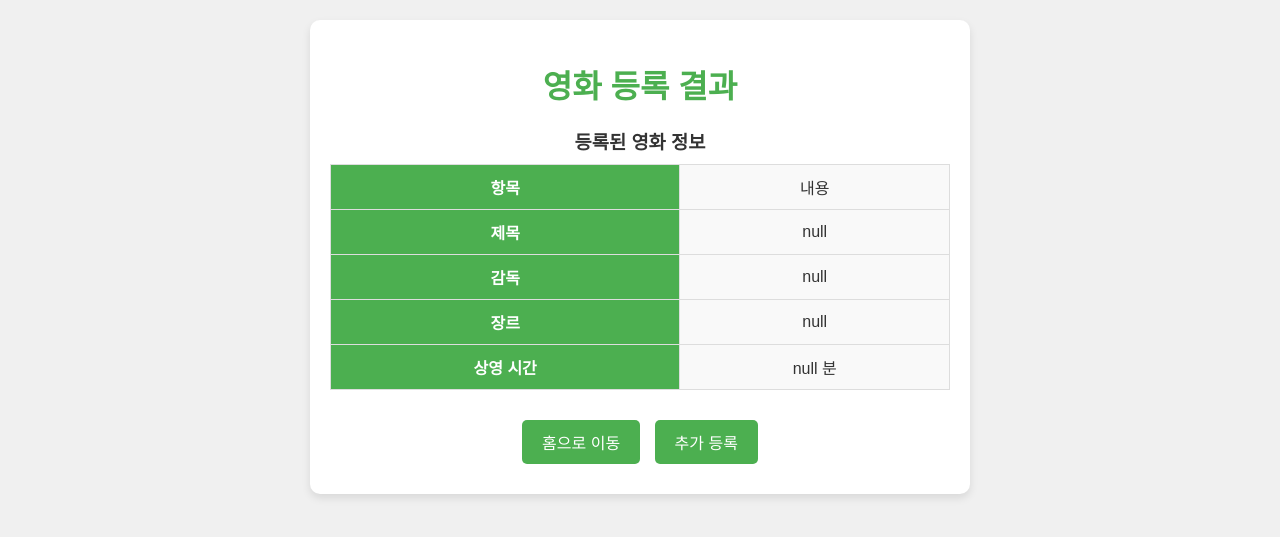
Repository: s00ngle/SSAFY-BE
Page: http://localhost/back_db_ws_01_2/regist_result.jsp
The author's editor kept a copy of each file at every save. The page is drawn from the files as they stood at one save, then again after the next save.
The browser window is 1280 px wide. The pictures show the whole page.
The page is served by Tomcat 10. The template is opened directly, without the code that normally fills it, so the values that code supplies are empty.

Above is the page before, as saved 2024-09-24 04:25:23.

After the next save:
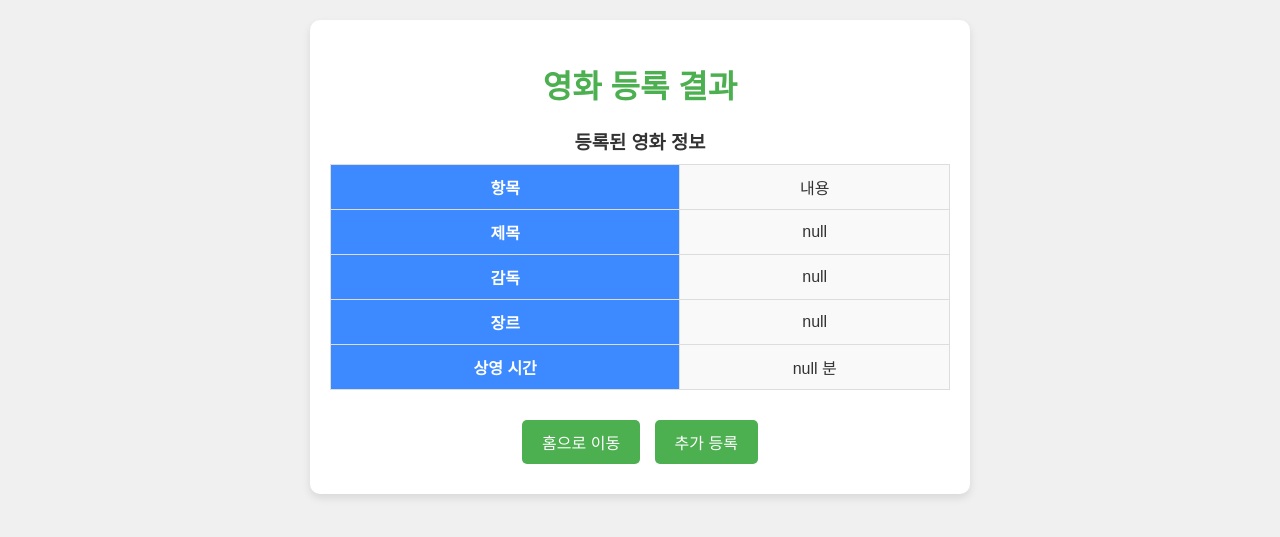
Saved 29 s later.
--- a/back_db_ws_01_2/src/main/webapp/regist_result.jsp
+++ b/back_db_ws_01_2/src/main/webapp/regist_result.jsp
@@ -47,7 +47,7 @@
         }
 
         th {
-            background-color: #4CAF50;
+            background-color: #3d89ff;
             color: white;
         }
 
